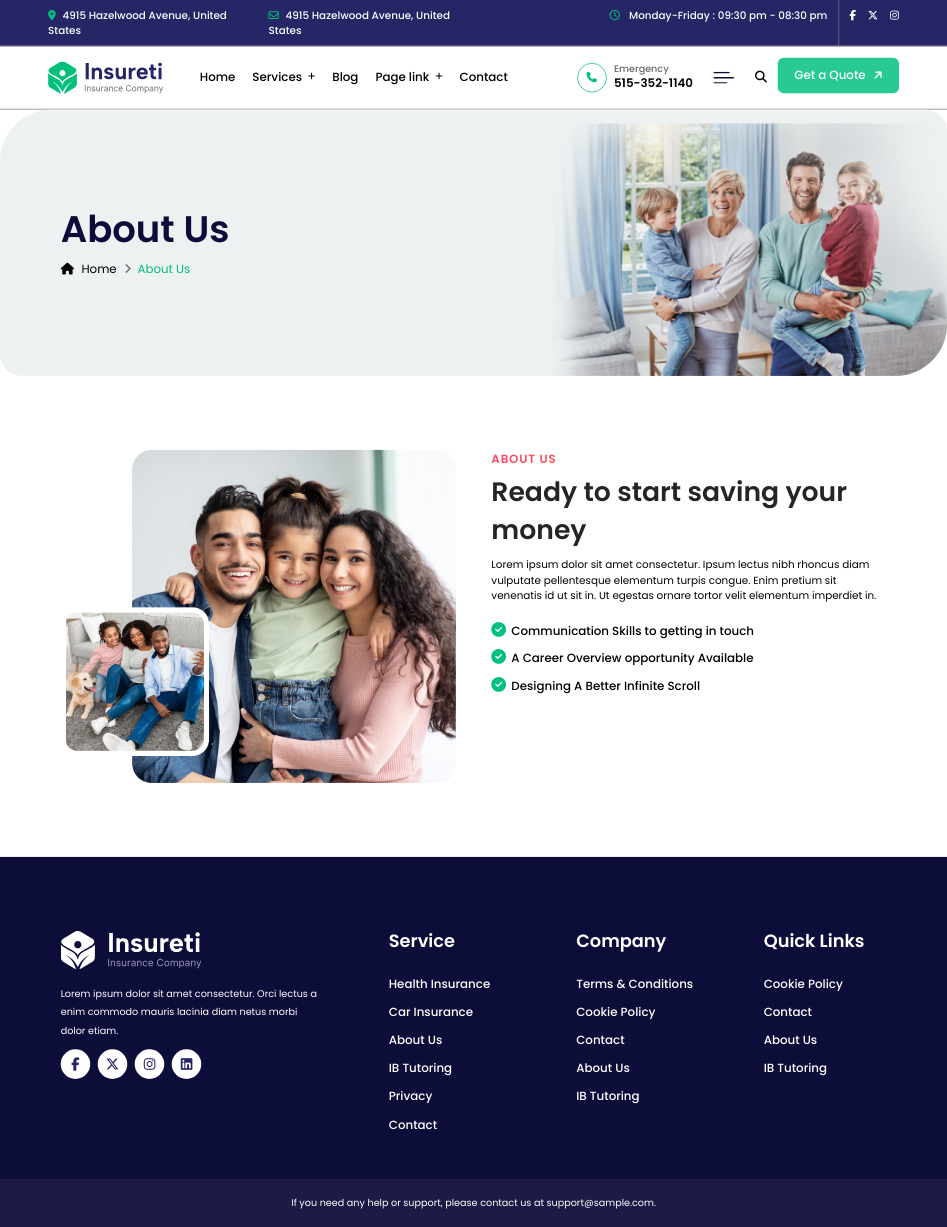
Repository: Tanmay226/it-portfolio-site
Page: it-company/about-us.html
These files come from the project's save history. The page is drawn as it stood at one moment and after the next save; the edit follows.
The browser window is 1280 px wide. The pictures show the whole page, at 74% of full size.
Some web libraries are served in a nearby version.

Above is the page before, as saved 2024-11-05 21:17:51.

### it-company/about-us.html
<!DOCTYPE html>
<html lang="en">

<head>
    <!-- Required meta tags -->
    <meta charset="utf-8" />
    <meta name="viewport" content="width=device-width, initial-scale=1" />
    <title>Tech </title>
    <!-- font-family -->
    <link rel="preconnect" href="https://fonts.googleapis.com">
    <link rel="preconnect" href="https://fonts.gstatic.com" crossorigin>
    <link
        href="https://fonts.googleapis.com/css2?family=Poppins:ital,wght@0,100;0,200;0,300;0,400;0,500;0,600;0,700;0,800;0,900;1,100;1,200;1,300;1,400;1,500;1,600;1,700;1,800;1,900&display=swap"
        rel="stylesheet">
    <!-- font-awsome -->
    <link rel="stylesheet" href="https://cdnjs.cloudflare.com/ajax/libs/font-awesome/6.6.0/css/all.min.css" />
    <!-- Bootstrap CSS -->
    <link href="https://cdn.jsdelivr.net/npm/bootstrap@5.0.2/dist/css/bootstrap.min.css" rel="stylesheet" />
    <!-- AOS animation -->
    <link rel="stylesheet" href="https://unpkg.com/aos@next/dist/aos.css" />
    <!-- swiper js -->
    <link rel="stylesheet" href="https://cdnjs.cloudflare.com/ajax/libs/Swiper/11.0.5/swiper-bundle.css" />
    <!-- custom css -->
    <link rel="stylesheet" href="./assets/css/style.css" />
</head>

<body>
    <!-- header section start -->

    <div class="top-header">
        <div class="container-fluid">
            <div class="row">
                <div class="col-6">
                    <div class="top-left">
                        <ul class="top-nav">
                            <li><a href="#"><i class="fa-solid fa-location-dot"></i>4915 Hazelwood Avenue, United
                                    States</a></li>
                            <li><a href="#"><i class="fa-regular fa-envelope"></i>4915 Hazelwood Avenue, United
                                    States</a></li>
                        </ul>
                    </div>
                </div>
                <div class="col-6">
                    <div class="top-right">
                        <ul class="top-nav">
                            <li><a href="#"><i class="fa-regular fa-clock"></i> Monday-Friday : 09:30 pm - 08:30 pm</a>
                            </li>

                        </ul>
                        <ul class="top-media">
                            <li><a href="#"><i class="fa-brands fa-facebook-f"></i></a></li>
                            <li><a href="#"><i class="fa-brands fa-x-twitter"></i></a></li>
                            <li><a href="#"><i class="fa-brands fa-instagram"></i></a></li>

                        </ul>
                    </div>
                </div>
            </div>
        </div>
    </div>
    <!-- nanbar -->
    <nav class="navbar navbar-expand-lg main-nav ">
        <div class="container-fluid">
            <a class="navbar-brand header-logo" href="#"><img src="./assets/images/main-Logo.svg" alt=""></a>
            <!-- <a class="navbar-brand" href="#">Navbar</a> -->
            <button class="navbar-toggler" type="button" data-bs-toggle="collapse" data-bs-target="#navbarNavAltMarkup"
                aria-controls="navbarNavAltMarkup" aria-expanded="false" aria-label="Toggle navigation">
                <i class="fa-solid fa-bars"></i>
            </button>
            <div class="collapse navbar-collapse" id="navbarNavAltMarkup">
                <ul class="navbar-nav mega-dropdown">
                    <li class="nav-item">
                        <a class="nav-link active" href="#">Home </a>
                    </li>
                    <li class="nav-item dropdown">
                        <a class="nav-link dropdown-toggle " href="#" role="button" data-bs-toggle="dropdown"
                            aria-expanded="false">
                            Services
                        </a>
                        <ul class="dropdown-menu">
                            <li><a class="dropdown-item" href="#">Action</a></li>
                            <li class="nav-item dropdown"><a class="dropdown-item" href="#">Another action</a>
                                <ul class="dropdown-menu">
                                    <li><a class="dropdown-item" href="#">Action</a></li>
                                    <li><a class="dropdown-item" href="#">Another action</a></li>
                                    <li><a class="dropdown-item" href="#">page link</a></li>
                                    <li><a class="dropdown-item" href="#">page link</a></li>
                                    <li><a class="dropdown-item" href="#">page link</a></li>
                                    <li><a class="dropdown-item" href="#">page link</a></li>
                                </ul>
                            </li>
                            <li><a class="dropdown-item" href="#">page link</a></li>
                            <li><a class="dropdown-item" href="#">page link</a></li>
                            <li><a class="dropdown-item" href="#">page link</a></li>
                            <li><a class="dropdown-item" href="#">page link</a></li>
                        </ul>
                    </li>

                    <li class="nav-item">
                        <a class="nav-link" href="#">Blog</a>
                    </li>
                    <li class="nav-item dropdown">
                        <a class="nav-link dropdown-toggle" href="#" role="button" data-bs-toggle="dropdown"
                            aria-expanded="false">
                            Page link
                        </a>
                        <ul class="dropdown-menu">
                            <li><a class="dropdown-item" href="#">Action</a></li>
                            <li><a class="dropdown-item" href="#">Another action</a></li>
                            <li><a class="dropdown-item" href="#">Something else here</a></li>
                        </ul>
                    </li>
                    <li class="nav-item">
                        <a class="nav-link" href="#">Contact</a>
                    </li>
                </ul>
                <div class="right-button-box">

                    <div class="phone-icon d-flex align-items-center">
                        <div class="icon d-flex justify-content-center align-items-center"> <i
                                class="fa-solid fa-phone"></i>
                        </div>
                        <div class="info-wrap">
                            <p>Emergency</p> <a href="tel:515-352-1140" class="info">515-352-1140</a>
                        </div>
                    </div>

                    <!-- ./ mobile menu start -->

                    <button class="btn " type="button" data-bs-toggle="offcanvas" data-bs-target="#offcanvasExample"
                        aria-controls="offcanvasExample">
                        <svg width="28" height="16" viewBox="0 0 28 16" fill="none" xmlns="http://www.w3.org/2000/svg">
                            <path d="M1 1H21" stroke="#0D0D39" stroke-width="2" stroke-linecap="round"></path>
                            <path d="M1 8H27" stroke="#0D0D39" stroke-width="2" stroke-linecap="round"></path>
                            <path d="M1 15H18" stroke="#0D0D39" stroke-width="2" stroke-linecap="round"></path>
                        </svg>
                    </button>

                    <div class="offcanvas offcanvas-start" tabindex="-1" id="offcanvasExample"
                        aria-labelledby="offcanvasExampleLabel">
                        <div class="offcanvas-header">
                            <a class="navbar-brand header-logo" href="#"><img src="./assets/images/main-Logo.svg"
                                    alt=""></a>
                            <button type="button" class="btn-close " data-bs-dismiss="offcanvas" aria-label="Close"><i
                                    class="fa-solid fa-xmark"></i></button>
                        </div>
                        <div class="offcanvas-body">
                            <ul class="navbar-nav sidebar">
                                <li class="nav-item">
                                    <a class="nav-link active " href="#">Home </a>
                                </li>
                                <li class="nav-item dropdown">
                                    <a class="nav-link dropdown-toggle " href="#" role="button"
                                        data-bs-toggle="dropdown" aria-expanded="false">
                                        services
                                    </a>
                                    <ul class="dropdown-menu">
                                        <li><a class="dropdown-item" href="#">Action</a></li>
                                        <li><a class="dropdown-item" href="#">Another action</a></li>
                                        <li><a class="dropdown-item" href="#">page link</a></li>
                                        <li><a class="dropdown-item" href="#">page link</a></li>
                                        <li><a class="dropdown-item" href="#">page link</a></li>
                                        <li><a class="dropdown-item" href="#">page link</a></li>
                                    </ul>
                                </li>

                                <li class="nav-item">
                                    <a class="nav-link" href="#">Blog</a>
                                </li>
                                <li class="nav-item dropdown">
                                    <a class="nav-link dropdown-toggle" href="#" role="button" data-bs-toggle="dropdown"
                                        aria-expanded="false">
                                        Page link
                                    </a>
                                    <ul class="dropdown-menu">
                                        <li><a class="dropdown-item" href="#">Action</a></li>
                                        <li><a class="dropdown-item" href="#">Another action</a></li>
                                        <li><a class="dropdown-item" href="#">Something else here</a></li>
                                    </ul>
                                </li>
                                <li class="nav-item">
                                    <a class="nav-link" href="#">Contact</a>
                                </li>
                            </ul>
                            <div class="contact-box">
                                <h3>Contact</h3>
                                <ul class="top-nav">
                                    <li><a href="#"><i class="fa-solid fa-location-dot"></i>4915 Hazelwood Avenue,
                                            United States</a></li>
                                    <li><a href="#"><i class="fa-regular fa-envelope"></i>515-352-1140</a></li>
                                    <li><a href="#"><i class="fa-regular fa-envelope"></i>insurity@gmail.com</a></li>
                                </ul>
                                <ul class="social-media">
                                    <li><a href="#"><i class="fa-brands fa-facebook-f"></i></a></li>
                                    <li><a href="#"><i class="fa-brands fa-x-twitter"></i></a></li>
                                    <li><a href="#"><i class="fa-brands fa-instagram"></i></a></li>
                                    <li><a href="#"><i class="fa-brands fa-linkedin"></i></a></li>
                                </ul>
                            </div>
                        </div>
                    </div>
                    <!-- ./mobile menu -->
                    <div class="search-icon">
                        <ul>
                            <li><a href="#"><i class="fa-solid fa-magnifying-glass"></i></a></li>

                        </ul>
                    </div>
                    <!-- ./search box -->
                    <div class="nan btn-box">
                        <a href="#" class="custom-btn add-style"> Get a Quote <i
                                class="fa-solid fa-arrow-right"></i></a>
                    </div>

                </div>

            </div>
        </div>
        </div>
    </nav>

    <!--inner banner sec start -->
    <section class="inner-banner-sec custom-pad">
        <div class="banner-img"><img src="./assets/images/ser-ban.jpg" alt=""></div>
        <div class="container">
            <div class="row">
                <div class="col-lg-12">
                    <div class="inner-content">
                        <h2 class="banner-title">
                            About Us
                        </h2>
                        <nav class="custom-bread-crumb" aria-label="breadcrumb">
                            <ol class="breadcrumb">
                                <li class="breadcrumb-item"><a href="#">Home</a></li>
                                <li class="breadcrumb-item active" aria-current="page">About Us</li>
                            </ol>
                        </nav>
                    </div>
                </div>
            </div>
        </div>
    </section>
    <!--./inner banner sec start -->
    <!-- About sec -->
    <section class="about-sec custom-pad">
        <div class="container">
            <div class="row g-5">
                <div class="col-md-6">
                    <div class="about-right">

                        <div class="about-img">
                            <img src="./assets/images/h4-about-img.png" alt="">
                        </div>
                    </div>
                </div>
                <div class="col-md-6">
                    <div class="about-left">
                        <div class="title-wrapper">
                            <h3 class="top-sub-title"> About Us</h3>
                            <h2 class="main-title">

                                Ready to start saving
                                your money
                            </h2>

                        </div>
                        <p class="para-mute">
                            Lorem ipsum dolor sit amet consectetur. Ipsum lectus nibh rhoncus diam vulputate
                            pellentesque elementum turpis congue. Enim pretium sit venenatis id ut sit in. Ut egestas
                            ornare tortor velit elementum imperdiet in.

                        </p>
                        <div class="feature-box">
                            <div class="row">
                                <div class="col-md-12">
                                    <div class="feature-box-right">
                                        <ul>
                                            <li><span><i class="fa-solid fa-circle-check"></i></span>Communication
                                                Skills to getting in touch</li>
                                            <li><span><i class="fa-solid fa-circle-check"></i></span>A Career Overview
                                                opportunity Available</li>
                                            <li><span><i class="fa-solid fa-circle-check"></i></span>Designing A Better
                                                Infinite Scroll</li>
                                        </ul>
                                    </div>
                                </div>
                            </div>
                        </div>
                    </div>

                </div> <!--./col-md-6-->

            </div><!--./row-->
        </div><!--./container-->
    </section>
    <!-- ./about end -->

    <!-- footer start -->
    <footer class="footer-sec white-clr-text custom-pad pb-0">
        <div class="container">
            <div class="row justify-content-between">
                <div class=" col-md-4">
                    <div class="footer-left-logo">
                        <figure>
                            <a href="#" class="footer-logo"><img src="./assets/images/white-logo.svg" class="img-fluid"
                                    alt=""></a>
                        </figure>
                        <p class="para-mute">
                            Lorem ipsum dolor sit amet consectetur. Orci lectus a enim commodo mauris lacinia diam netus
                            morbi dolor etiam.

                        </p>
                        <ul class="social-media">
                            <li><a href="#"><i class="fa-brands fa-facebook-f"></i></a></li>
                            <li><a href="#"><i class="fa-brands fa-x-twitter"></i></a></li>
                            <li><a href="#"><i class="fa-brands fa-instagram"></i></a></li>
                            <li><a href="#"><i class="fa-brands fa-linkedin"></i></a></li>
                        </ul>


                    </div>


                </div>
                <div class="col-lg-2 col-md-3 col-sm-4 col-6">
                    <h4 class="footer-link-header">Service</h4>
                    <ul>
                        <li><a href="#" class="footer-link">Health Insurance</a></li>
                        <li><a href="#" class="footer-link">Car Insurance</a></li>
                        <li><a href="#" class="footer-link">About Us</a></li>
                        <li><a href="#" class="footer-link">IB Tutoring</a></li>
                        <li><a href="#" class="footer-link">Privacy</a></li>
                        <li><a href="#" class="footer-link">Contact</a></li>


                    </ul>
                </div>

                <div class="col-lg-2 col-md-3 col-sm-4 col-6">
                    <h4 class="footer-link-header">Company</h4>

                    <ul>
                        <li><a href="#" class="footer-link">Terms &amp; Conditions</a></li>
                        <li><a href="#" class="footer-link">Cookie Policy</a></li>
                        <li><a href="#" class="footer-link">Contact</a></li>
                        <li><a href="#" class="footer-link">About Us</a></li>
                        <li><a href="#" class="footer-link">IB Tutoring</a></li>

                    </ul>
                </div>
                <div class="col-lg-2 col-md-6 col-sm-4">
                    <h4 class="footer-link-header">Quick Links</h4>

                    <ul>
                        <li><a href="#" class="footer-link">Cookie Policy</a></li>
                        <li><a href="#" class="footer-link">Contact</a></li>
                        <li><a href="#" class="footer-link">About Us</a></li>
                        <li><a href="#" class="footer-link">IB Tutoring</a></li>

                    </ul>


                </div>
            </div>
            <!-- <hr class="footer-hr"> -->
        </div>
        <div class="copy-right">
            <div class="container">
                <div class="row">
                    <div class="col-md-12">
                        <div class="footer-box">

                            <div class="footer-left">


                                <div class="footer-right">
                                    <p class="para-mute">If you need any help or support, please contact us at
                                        support@sample.com.</p>
                                </div>
                            </div>

                        </div>
                    </div>
                </div>
            </div>
    </footer>
    <!-- footer end -->
    <!-- Option 2: Separate Popper and Bootstrap JS -->
    <script src="https://cdn.jsdelivr.net/npm/@popperjs/core@2.9.2/dist/umd/popper.min.js"></script>
    <script src="https://cdn.jsdelivr.net/npm/bootstrap@5.0.2/dist/js/bootstrap.min.js"></script>

    <!-- jquery -->
    <script src="https://cdnjs.cloudflare.com/ajax/libs/jquery/3.7.1/jquery.min.js"></script>
    <!-- AOS animation  -->
    <script src="https://unpkg.com/aos@next/dist/aos.js"></script>
    <!-- swiper js -->
    <script src="https://cdnjs.cloudflare.com/ajax/libs/Swiper/11.0.5/swiper-bundle.min.js"></script>
    <!-- custom js -->
    <script src="./assets/js/custom.js"></script>

</body>

</html>

Loaded but not shown: it-company/assets/js/custom.js (124 lines, source omitted); it-company/assets/css/style.css (2054 lines, source omitted)

After the next save:
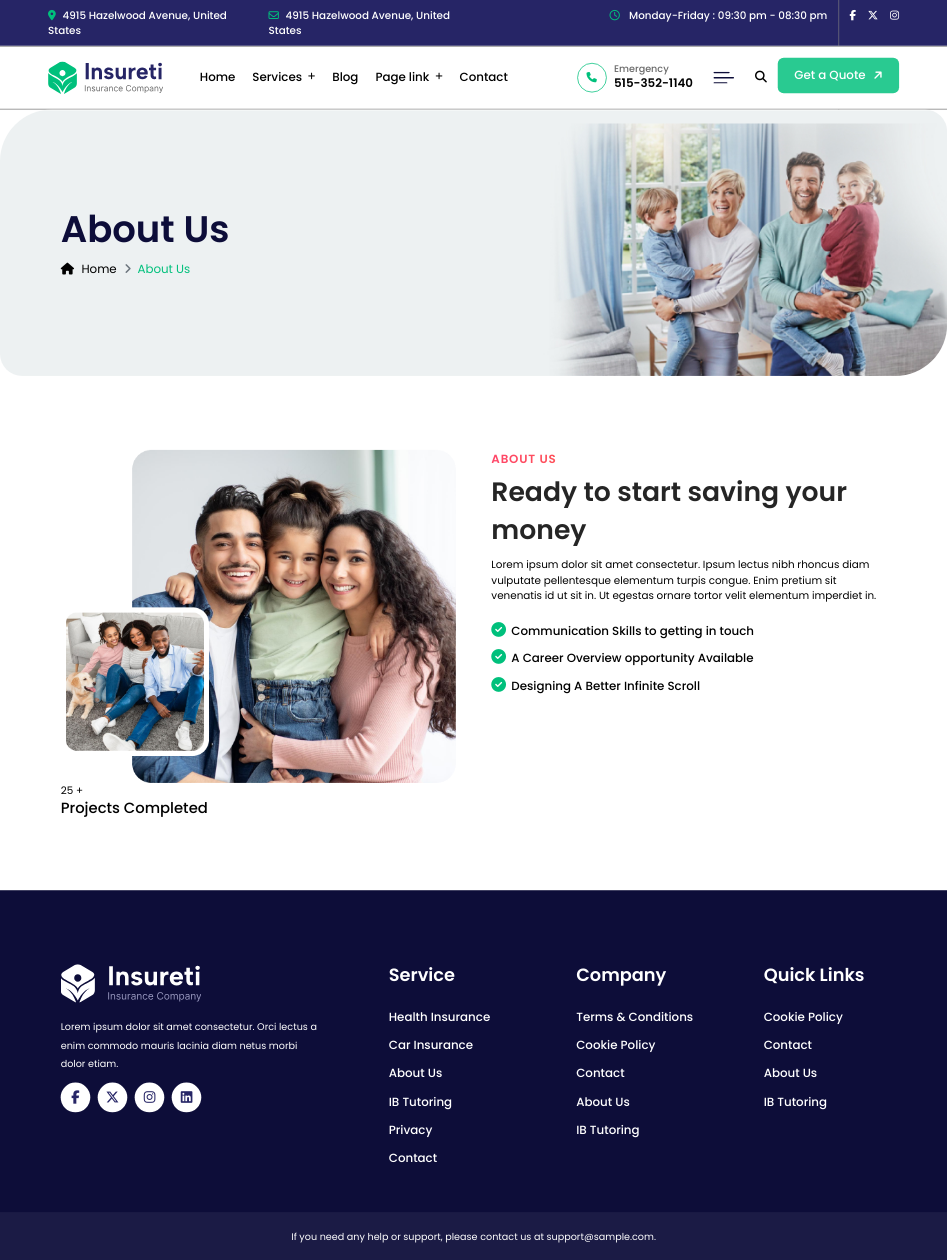
Saved 6 min 12 s later.
--- a/it-company/about-us.html
+++ b/it-company/about-us.html
@@ -251,6 +251,20 @@
                         <div class="about-img">
                             <img src="./assets/images/h4-about-img.png" alt="">
                         </div>
+<!--  -->
+                        <div class="counter-wrapper">
+                            <div class="stats rt-counter-box">
+                                <div class="counter-number">
+                                  </span>
+                                  <span class="counting" data-count="25" data-duration="3000">0 </span>
+                                  <span class="counter-unit">+</span>
+                                </div>
+                                <h5>Projects Completed</h5>
+                              </div>
+
+                        </div>
+
+
                     </div>
                 </div>
                 <div class="col-md-6">
